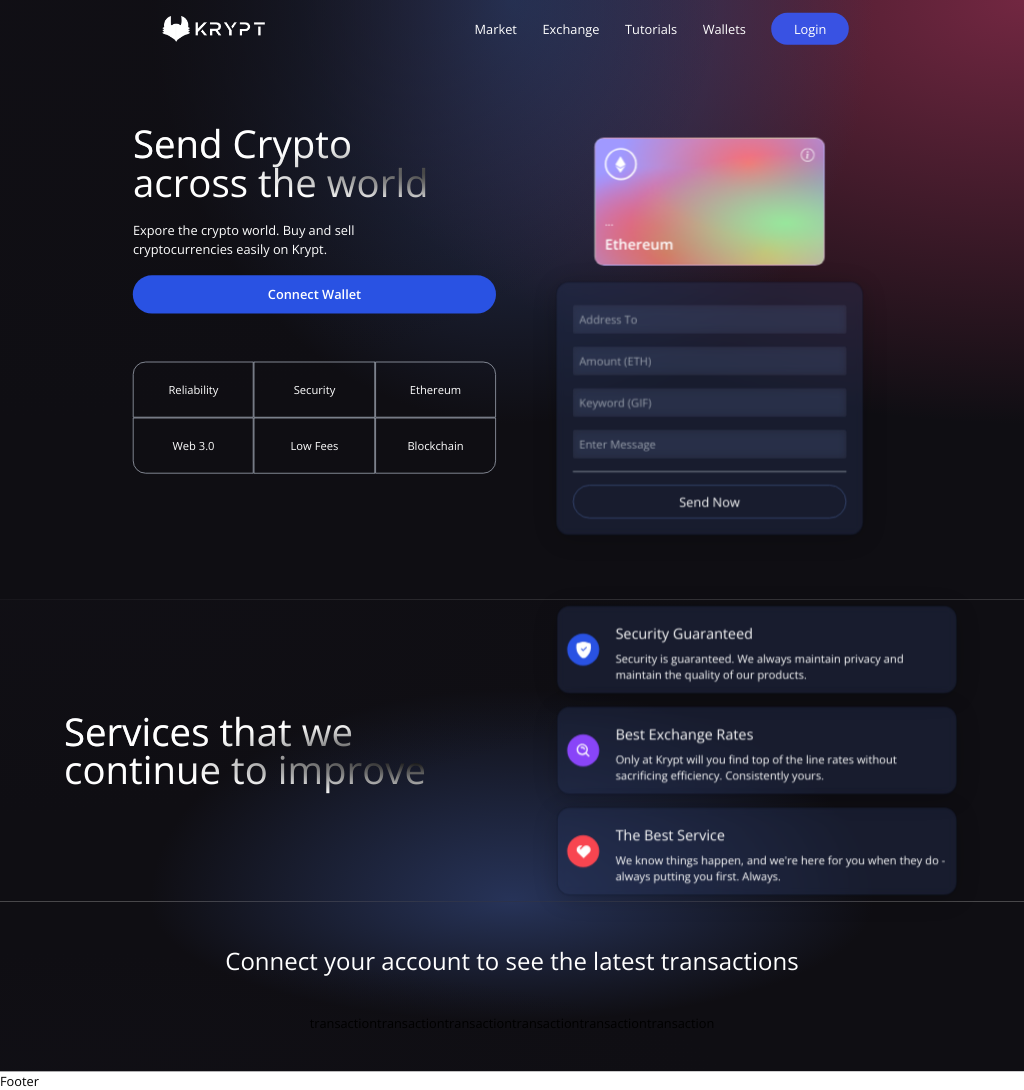
Repository: stephan-chiorean/krypt
Page: / (app in client/)
The author's editor kept a copy of each file at every save. The page is drawn from the files as they stood at one save, then again after the next save.
The browser window is 1280 px wide. The pictures show the whole page, at 80% of full size.
The project was rebuilt for these pictures with package versions that can differ from the ones it lists, and the page was loaded fresh each time. Also part of the build but not shown: client/vite.config.js, client/src/components/Loader.jsx.

Above is the page before, as saved 2023-03-29 20:48:56.

### client/src/main.jsx
import React from 'react'
import ReactDOM from 'react-dom/client'
import App from './App'
import {TransactionProvider} from './context/TransactionContext';
import './index.css'

ReactDOM.createRoot(document.getElementById('root')).render(
  <TransactionProvider>
  <React.StrictMode>
    <App />
  </React.StrictMode>
  </TransactionProvider>,
)

### client/src/App.jsx
import {Navbar, Welcome, Footer, Services, Transactions} from './components';

const App = () => {

  return (
    <div className="min-h-screen">
      <div className="gradient-bg-welcome">
        <Navbar/>
        <Welcome/>
      </div>
      <Services/>
      <Transactions/>
      <Footer/>
    </div>
  )
}

export default App

### client/src/context/TransactionContext.jsx
import React, { useState, useEffect } from 'react';
import * as ethers from 'ethers';
import { contractABI, contractAddress } from '../utils/constants';
import toast from 'react-hot-toast';

export const TransactionContext = React.createContext();

const { ethereum } = window;

const getEthereumContract = () => {
    console.log(ethers)
  const provider = new ethers.providers.Web3Provider(ethereum);
  const signer = provider.getSigner();
  const transactionContract = new ethers.Contract(
    contractAddress,
    contractABI,
    signer
  );

  return transactionContract;

//   console.log({
//     provider,
//     signer,
//     transactionContract,
//   });
};

export const TransactionProvider = ({ children }) => {
  const [connectedAccount, setConnectedAccount] = useState('');
  const [formData, setFormData] = useState({ addressTo: '', amount: 0, keyword: '', message: ''});
  const [isLoading, setIsLoading] = useState(false);
  const [transactionCount, setTransactionCount] = useState(localStorage.getItem('transactionCount'));

  const handleChange = (e, name) => {
    setFormData((prevState) => ({...prevState, [name]: e.target.value}));
  }

  const checkIfWalletIsConnected = async () => {
    try {
      if (!ethereum) return alert('Please install metamask');

      const accounts = await ethereum.request({ method: 'eth_accounts' });
      if (accounts.length) {
        setConnectedAccount(accounts[0]);
      } else {
        console.log('No accounts found');
      }
      console.log(accounts);
    } catch (err) {
      console.error(err);
      throw new Error('No ethereum object');
    }
  };
  const disconnectWallet = async () => {
    setConnectedAccount('')
    console.log('DISCONNECTED');
    window.location.reload();
  }

  const connectWallet = async () => {
    try {
      if (!ethereum) return alert('Please install metamask');

      // Display loading toast
      const loadingToast = toast.loading('Connecting...');

      const accounts = await ethereum.request({
        method: 'eth_requestAccounts',
      });

      setConnectedAccount(accounts[0]);
      console.log('CONNECTED', connectedAccount);

      // Dismiss loading toast and show a success toast
      toast.dismiss(loadingToast);
      toast.success('Connected successfully');
    } catch (err) {
      console.error(err);
      // Dismiss loading toast and show an error toast
      toast.dismiss(loadingToast);
      toast.error('Error connecting to wallet');
      throw new Error('No ethereum object.');
    }
  };


  const sendTransaction = async() => {
    try {
        if(!ethereum) return alert("Please install metamask");
        const {addressTo, amount, keyword, message} = formData;
        const transactionContract = getEthereumContract();
        const parsedAmount = ethers.utils.parseEther(amount);

        await ethereum.request({
            method: 'eth_sendTransaction',
            params: [{
                from: connectedAccount,
                to: addressTo,
                gas: '0x5208', //21000 gwei
                value: parsedAmount._hex,
            }]
        })

        const transactionHash = await transactionContract.addToBlockchain(addressTo, parsedAmount, message, keyword);
        setIsLoading(true);
        console.log(`Loading - ${transactionHash.hash}`);
        await transactionHash.wait();
        setIsLoading(false);
        console.log(`Success - ${transactionHash.hash}`)

        const transactionCount = await transactionContract.getTransactionCount();
        setTransactionCount(transactionCount.toNumber())


    } catch(err) {
        console.error(err);
    }
  }

  useEffect(() => {
    // checkIfWalletIsConnected();
    console.log("PRINT WHEN LOAD", connectedAccount)
  }, [connectedAccount]);
  return (
    <TransactionContext.Provider value={{ connectWallet, connectedAccount, formData, setFormData, handleChange, sendTransaction, disconnectWallet }}>
      {children}
    </TransactionContext.Provider>
  );
};

### client/src/components/index.js
export {default as Loader} from './Loader';
export {default as Navbar} from './Navbar';
export {default as Footer} from './Footer';
export {default as Welcome} from './Welcome';
export {default as Transactions} from './Transactions';
export {default as Services} from './Services';

### client/src/utils/constants.js
import abi from './Transactions.json';

export const contractABI = abi.abi;
export const contractAddress = '0x48d319b761e733246BF575C86d399bB8EDdA6dEf';

### client/src/components/Navbar.jsx
import { HiMenuAlt4 } from 'react-icons/hi';
import { AiOutlineClose } from 'react-icons/ai';
import { useState } from 'react';
import { useContext } from 'react';
import logo from '../../images/logo.png';
import { TransactionContext } from '../context/TransactionContext';

const NavbarItem = ({ title, classProps }) => {
  return <li className={`mx-4 cursor-pointer ${classProps}`}>{title}</li>;
};
export default () => {
  const [toggleMenu, setToggleMenu] = useState(false);
  const {disconnectWallet, connectedAccount} = useContext(TransactionContext);
  return (
    <nav className='w-full flex md:justify-center justify-between items-center p-4'>
      <div className='md:flex-[0.5] flex-initial justify-center items-center'>
        <img src={logo} alt='logo' className='w-32 cursor-pointer' />
      </div>
      <ul className='text-white md:flex hidden list-none flex-row justify-between items-center flex-initial'>
        {['Market', 'Exchange', 'Tutorials', 'Wallets'].map((item, index) => (
          <NavbarItem key={item + index} title={item} />
        ))}
        <li onClick={disconnectWallet} className='bg-[#3952e3] py-2 px-7 mx-4 rounded-full cursor-pointer hover:bg-[#2546bd]'>
          {connectedAccount ? "Sign Out" : "Login"}
        </li>
      </ul>
      <div className='flex relative'>
        {toggleMenu ? (
          <AiOutlineClose
            fontSize={28}
            className='text-white md:hidden cursor-pointer'
            onClick={() => setToggleMenu(false)}
          />
        ) : (
          <HiMenuAlt4
            fontSize={28}
            className='text-white md:hidden cursor-pointer'
            onClick={() => setToggleMenu(true)}
          />
        )}
        {toggleMenu && (
          <ul className="z-10 fixed top-0 -right-2 p-3 w-[70vw] h-screen shadow-2xl md:hidden list-none flex flex-col justify-start items-end rounded-md blue-glassmorphism text-white animate-slide-in">
            <li className='text-xl w-full my-2'>
              <AiOutlineClose onClick={() => setToggleMenu(false)} className="cursor-pointer"/>
            </li>
            {['Market', 'Exchange', 'Tutorials', 'Wallets'].map(
              (item, index) => (
                <NavbarItem key={item + index} title={item} classProps="my-2 text-lg"/>
              )
            )}
          </ul>
        )}
      </div>
    </nav>
  );
};

### client/src/components/Footer.jsx
import React from 'react'

export default() => {
  return (
    <div>Footer</div>
  )
}

### client/src/components/Welcome.jsx
import { AiFillPlayCircle } from 'react-icons/ai';
import { SiEthereum } from 'react-icons/si';
import { BsInfoCircle } from 'react-icons/bs';
import { TransactionContext } from '../context/TransactionContext';
import React, { useContext } from 'react';
import { Loader } from './';
import {Toaster} from 'react-hot-toast';
import { shortenAddress } from '../utils/shortenAddress';
const commonStyles =
  'min-h-[70px] sm:px-0 px-2 sm:min-w-[120px] flex justify-center items-center border-[0.5px] border-gray-400 text-sm font-light text-white';

const Input = ({ placeholder, name, type, value, handleChange }) => (
  <input
    placeholder={placeholder}
    type={type}
    step='0.0001'
    value={value}
    onChange={(e) => handleChange(e, name)}
    className='my-2 w-full rounded-sm p-2 outline-none text-white border-none text-sm white-glassmorphism'
  />
);
export default () => {
  const {
    connectWallet,
    connectedAccount,
    formData,
    sendTransaction,
    handleChange,
    disconnectWallet,
  } = useContext(TransactionContext);
  const handleSubmit = (e) => {
    const { addressTo, amount, keyword, message } = formData;
    e.preventDefault();

    if (!addressTo || !amount || !keyword || !message) return;
    sendTransaction();
  };
  return (
    <div className='flex w-full justify-center items-center'>
      <Toaster/>
      <div className='flex md:flex-row flex-col items-start justify-between md:p-20 py-12 px-4'>
        <div className='flex flex-1 justify-start flex-col md:mr-10'>
          <h1 className='text-3xl sm:text-5xl text-white text-gradient py-1'>
            Send Crypto <br /> across the world
          </h1>
          <p className='text-left mt-5 text-white font-light md:w-9/12 w-11/12 text-base'>
            Expore the crypto world. Buy and sell cryptocurrencies easily on
            Krypt.
          </p>
          {!connectedAccount && (
            <button
              type='button'
              onClick={connectWallet}
              className='flex flex-row justify-center items-center my-5 bg-[#2952e3] p-3 rounded-full cursor-pointer hover:bg-[#2546bd]'
            >
              <p className='text-white text-base font-semibold'>
                Connect Wallet
              </p>
            </button>
          )}

          <div className='grid sm:grid-cols-3 grid-cols-2 w-full mt-10'>
            <div className={`rounded-tl-2xl ${commonStyles}`}>Reliability</div>
            <div className={commonStyles}>Security</div>
            <div className={`sm:rounded-tr-2xl ${commonStyles}`}>Ethereum</div>
            <div className={`sm:rounded-bl-2xl ${commonStyles}`}>Web 3.0</div>
            <div className={commonStyles}>Low Fees</div>
            <div className={`rounded-br-2xl ${commonStyles}`}>Blockchain</div>
          </div>
        </div>

        <div className='flex flex-col flex-1 items-center justify-start w-full md:mt-0 mt-10'>
          <div className='p-3 justify-end items-start flex-col rounded-xl h-40 sm:w-72 w-full my-5 eth-card white-glassmorphism'>
            <div className='flex justify-between flex-col w-full h-full'>
              <div className='flex justify-between items-start'>
                <div className='w-10 h-10 rounded-full border-2 border-white flex justify-center items-center'>
                  <SiEthereum fontSize={21} color='#fff' />
                </div>
                <BsInfoCircle fontSize={17} color='#fff' />
              </div>
              <div>
                <p className='text-white font-light text-sm'>
                  {shortenAddress(connectedAccount)}
                </p>
                <p className='text-white font-semibold text-lg mt-1'>
                  Ethereum
                </p>
              </div>
            </div>
          </div>

          <div className='p-5 sm:w-96 w-full flex flex-col justify-start items-center blue-glassmorphism'>
            <Input
              placeholder='Address To'
              name='addressTo'
              type='text'
              handleChange={handleChange}
            />
            <Input
              placeholder='Amount (ETH)'
              name='amount'
              type='number'
              handleChange={handleChange}
            />
            <Input
              placeholder='Keyword (GIF)'
              name='keyword'
              type='text'
              handleChange={handleChange}
            />
            <Input
              placeholder='Enter Message'
              name='message'
              type='text'
              handleChange={handleChange}
            />
            <div className='h-[1px] w-full bg-gray-400 my-2' />
            {false ? (
              <Loader />
            ) : (
              <button
                type='submit'
                onClick={handleSubmit}
                className='text-white w-full mt-2 border-[1px] p-2 border-[#3d4f7c] rounded-full cursor-pointer'
              >
                Send Now
              </button>
            )}
          </div>
        </div>
      </div>
    </div>
  );
};

### client/src/components/Transactions.jsx
import React from 'react'
import { useContext } from 'react';
import { TransactionContext } from '../context/TransactionContext';
import dummyData from '../utils/dummyData';
import { shortenAddress } from '../utils/shortenAddress';
const TransactionCard = ({addressTo, addressFrom, timestamp, message, keyword, amount, url}) => (
  <div>transaction</div>

)
export default() => {
  const {connectedAccount} = useContext(TransactionContext);
  return (
    <div className="flex w-full justify-center items-center 2xl:px-20 gradient-bg-transactions">
      <div className="flex flex-col md:p-12 py-12 px-4">
        {connectedAccount ? (
          <h3 className="text-white text-3xl text-center my-2">Latest Transactions</h3>
        ) : (
          <h3 className="text-white text-3xl text-center my-2">Connect your account to see the latest transactions</h3>
        )}
        <div className="flex flex-wrap justify-center items-center mt-10">
        {dummyData.reverse().map((transaction,index) => (
          <TransactionCard key={index} {...transaction} />
        ))}
        </div>
        {/* Latest Transactions */}
        {/* Connect your account to see latest transactions */}

      </div>
    </div>
  )
}

### client/src/components/Services.jsx
import React from 'react';
import { BsShieldFillCheck } from 'react-icons/bs';
import { BiSearchAlt } from 'react-icons/bi';
import { RiHeart2Fill } from 'react-icons/ri';

const ServiceCard = ({color, title, icon, subtitle}) => (
  <div className='flex flex-row md:w-[500px] justify-start items-center p-3 m-2 cursor-pointer blue-glassmorphism'>
    <div className={`w-10 h-10 rounded-full flex justify-center items-center ${color}`}>
      {icon}
    </div>
    <div className="ml-5 flex flex-col flex-1">
      <h1 className="mt-2 text-white text-lg">{title}</h1>
      <p className="mt-2 text-white text-sm">{subtitle}</p>
    </div>
  </div>
);
export default () => {
  return (
    <div className='flex flex-col md:flex-row w-full justify-center items-center gradient-bg-services'>
      <div className='flex md:flex-row flex-col items-center justify-between md:p-20 py-12 px-4'>
        <div className='flex-1 flex flex-col justify-start items-start'>
          <h1 className='text-white text-3xl sm:text-5xl py-2 text-gradient'>
            Services that we
            <br />
            continue to improve
          </h1>
        </div>
      </div>
      <div className='flex-1 flex flex-col justify-start items-center'>
        <ServiceCard
          color='bg-[#2952e3]'
          title='Security Guaranteed'
          icon={<BsShieldFillCheck fontSize={21} className='text-white' />}
          subtitle="Security is guaranteed. We always maintain privacy and maintain the quality of our products."
        />
        <ServiceCard
          color='bg-[#8945f8]'
          title='Best Exchange Rates'
          icon={<BiSearchAlt fontSize={21} className='text-white' />}
          subtitle="Only at Krypt will you find top of the line rates without sacrificing efficiency. Consistently yours."
        />
        <ServiceCard
          color='bg-[#f84550]'
          title='The Best Service'
          icon={<RiHeart2Fill fontSize={21} className='text-white' />}
          subtitle="We know things happen, and we're here for you when they do - always putting you first. Always."
        />
      </div>
    </div>
  );
};

### client/src/utils/shortenAddress.js
export const shortenAddress = (address) => `${address.slice(0,6)}...${address.slice(address.length-4)}`

### client/src/utils/dummyData.js
export default [
    {
      id: 1,
      url: "https://metro.co.uk/wp-content/uploads/2015/05/pokemon_crying.gif?quality=90&strip=all&zoom=1&resize=500%2C284",
      message: "",
      timestamp: "12/21/2021, 4:33:21 PM",
      addressFrom: "0xCF8e569A97C423952DdFf902375C7C76549A6A90",
      amount: "0.01",
      addressTo: "0x8aa395Ab97837576aF9cd6946C79024ef1acfdbE",
    },
    {
      id: 2,
      url: "https://media4.popsugar-assets.com/files/2013/11/07/832/n/1922398/eb7a69a76543358d_28.gif",
      message: "",
      timestamp: "12/21/2021, 4:33:21 PM",
      addressFrom: "0xCF8e569A97C423952DdFf902375C7C76549A6A90",
      amount: "0.01",
      addressTo: "0x8aa395Ab97837576aF9cd6946C79024ef1acfdbE",
    },
    {
      id: 3,
      url: "https://acegif.com/wp-content/uploads/gif-shaking-head-38.gif",
      message: "",
      timestamp: "12/21/2021, 4:33:21 PM",
      addressFrom: "0xCF8e569A97C423952DdFf902375C7C76549A6A90",
      amount: "0.01",
      addressTo: "0x8aa395Ab97837576aF9cd6946C79024ef1acfdbE",
    },
    {
      id: 4,
      url: "https://i.pinimg.com/originals/68/a0/9e/68a09e774e98242871c2db0f99307420.gif",
      message: "",
      timestamp: "12/21/2021, 4:33:21 PM",
      addressFrom: "0xCF8e569A97C423952DdFf902375C7C76549A6A90",
      amount: "0.01",
      addressTo: "0x8aa395Ab97837576aF9cd6946C79024ef1acfdbE",
    },
    {
      id: 5,
      url: "https://i.pinimg.com/originals/73/d3/a1/73d3a14d212314ab1f7268b71d639c15.gif",
      message: "",
      timestamp: "12/21/2021, 4:33:21 PM",
      addressFrom: "0xCF8e569A97C423952DdFf902375C7C76549A6A90",
      amount: "0.01",
      addressTo: "0x8aa395Ab97837576aF9cd6946C79024ef1acfdbE",
    },
    {
      id: 6,
      url: "https://www.omnisend.com/blog/wp-content/uploads/2016/09/funny-gifs-9.gif",
      message: "",
      timestamp: "12/21/2021, 4:33:21 PM",
      addressFrom: "0xCF8e569A97C423952DdFf902375C7C76549A6A90",
      amount: "0.01",
      addressTo: "0x8aa395Ab97837576aF9cd6946C79024ef1acfdbE",
    },
  ];

Loaded but not shown: client/index.html (common file); client/src/index.css (common file); client/tailwind.config.js (common file); client/src/utils/Transactions.json (140 lines, source omitted)

After the next save:
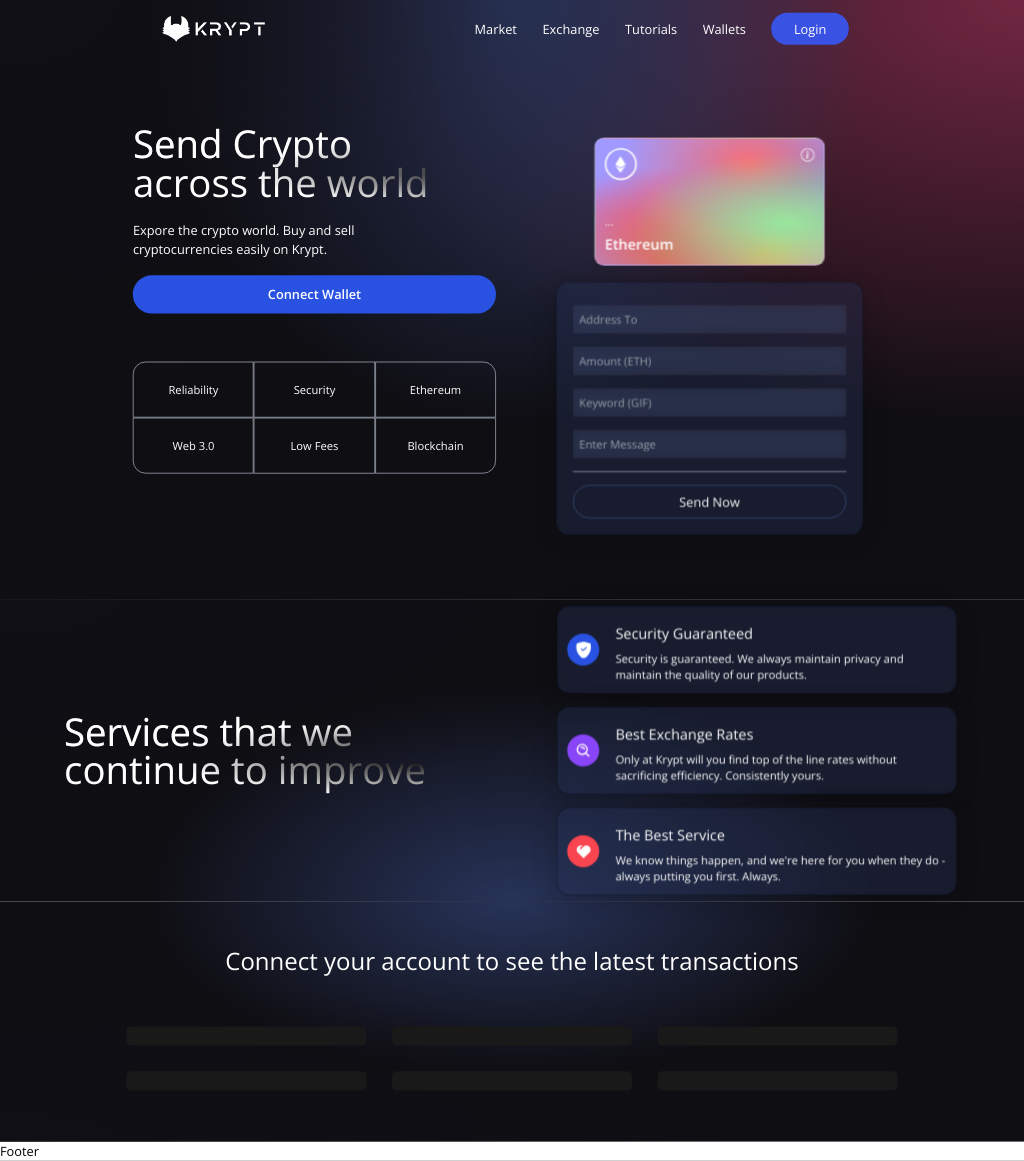
Saved 2 min 57 s later.
--- a/client/src/components/Transactions.jsx
+++ b/client/src/components/Transactions.jsx
@@ -4,7 +4,9 @@ import { TransactionContext } from '../context/TransactionContext';
 import dummyData from '../utils/dummyData';
 import { shortenAddress } from '../utils/shortenAddress';
 const TransactionCard = ({addressTo, addressFrom, timestamp, message, keyword, amount, url}) => (
-  <div>transaction</div>
+  <div className="bg-[#181918] m-4 flex flex-1 2xl:min-w-[450px] 2xl:max-w-[500px] sm:min-w-[270px] sm:max-w-[300px] flex-col p-3 rounded-md hover:shadow-2xl">
+
+  </div>
 
 )
 export default() => {
